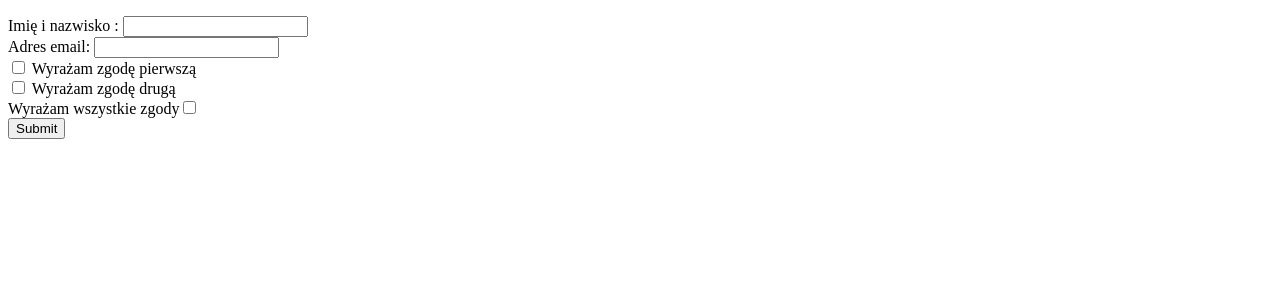
Repository: magdaf41/JavaScript
Page: JS DOM zadanie_5/index.html
These files come from the project's save history. The page is drawn as it stood at one moment and after the next save; the edit follows.
The browser window is 1280 px wide. The pictures show the whole page.

Above is the page before, as saved 2020-09-06 15:59:06.
Console error: TypeError: Cannot read properties of null (reading 'addEventListener')

### JS DOM zadanie_5/index.html
<!DOCTYPE html>
<html lang="en">

<head>
    <meta charset="UTF-8">
    <meta name="viewport" content="width=device-width, initial-scale=1.0">
    <title>Warsztat 3 - Walidacja formularza</title>
    <link rel="stylesheet" href="css/style.css">
</head>

<body>
    <form id="newsletter-form" action="">

        <ul class="errors"></ul>
        <label>Imię  i nazwisko : <input type="text" name="name" value=""></label><br>
        <label>Adres email: <input type="text" name="email" id="email"> </label><br>


        <input type="checkbox" name="accept_1" id="accept">
        <label for="accept_1">Wyrażam zgodę pierwszą</label><br>
        <input type="checkbox" name="accept_2" id="accept">
        <label>Wyrażam zgodę drugą</label><br>
        <label>Wyrażam wszystkie zgody<input type="checkbox" name="allAccept" id="allAccept"></label><br>
        <input id="submit" type="submit" value="Submit">
    </form>


    <script src="js/script.js"></script>
</body>

</html>

### JS DOM zadanie_5/js/script.js
let form = document.getElementById('form');
let name = document.querySelector('[name="name"]');
let email = document.querySelector('[name="email"]');

console.log(form);
console.log(name);
console.log(email);

form.addEventListener('submit', (e) => {
    e.preventDefault()
} )

function validationForm() {
    let pole = document.form["name"].value;
    if (pole == "") {
        alert("Uzupełnij imię i nazwikos");
        return false;
    }
}

Loaded but not shown: JS DOM zadanie_5/css/style.css (no stored copy; drawn as an empty file)

After the next save:
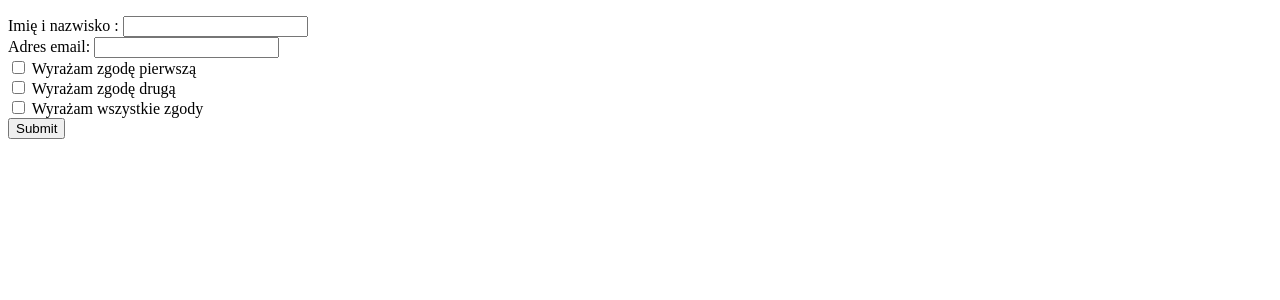
Saved 29 s later.
--- a/JS DOM zadanie_5/index.html
+++ b/JS DOM zadanie_5/index.html
@@ -19,8 +19,9 @@
         <input type="checkbox" name="accept_1" id="accept">
         <label for="accept_1">Wyrażam zgodę pierwszą</label><br>
         <input type="checkbox" name="accept_2" id="accept">
-        <label>Wyrażam zgodę drugą</label><br>
-        <label>Wyrażam wszystkie zgody<input type="checkbox" name="allAccept" id="allAccept"></label><br>
+        <label for="accept_2">Wyrażam zgodę drugą</label><br>
+        <input type="checkbox" name="allAccept" id="allAccept">
+        <label for="allAccept">Wyrażam wszystkie zgody</label><br>
         <input id="submit" type="submit" value="Submit">
     </form>
 
